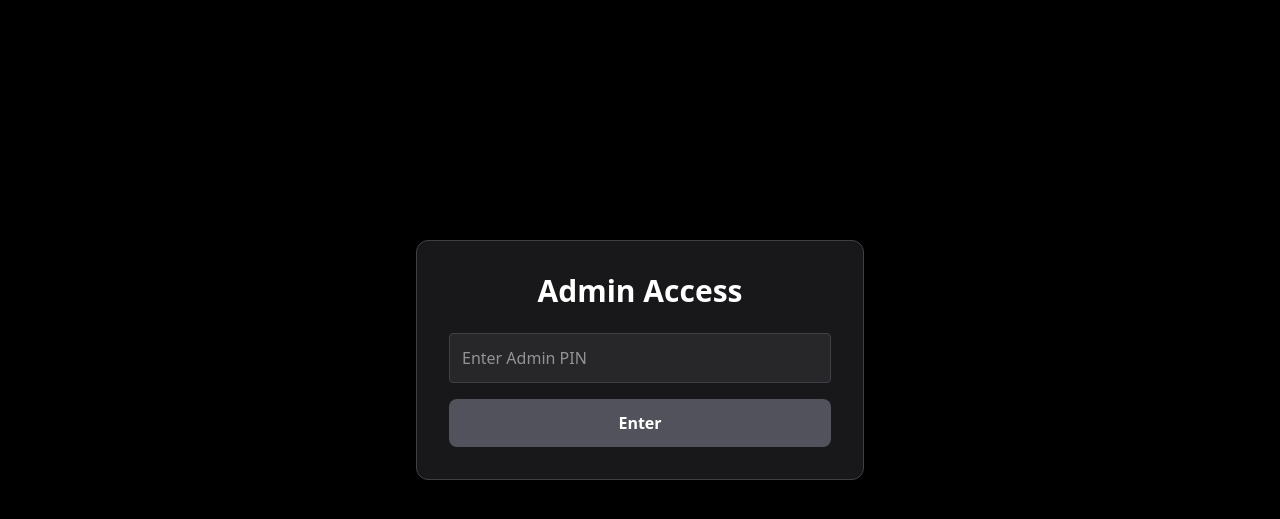
Repository: sanghaarman6-cmyk/edge
Page: /admin
These files come from the project's save history. The page is drawn as it stood at one moment and after the next save; the edit follows.
The browser window is 1280 px wide. The pictures show the whole page.
The project was rebuilt for these pictures with package versions that can differ from the ones it lists, and the page was loaded fresh each time. The framework's server and built-in components were replaced by stand-ins that run in the browser. Also part of the build but not shown: next.config.ts.

Above is the page before, as saved 2025-12-02 16:16:17.

### app/layout.tsx
import type { Metadata } from "next";
import { Geist, Geist_Mono } from "next/font/google";
import "./globals.css";

const geistSans = Geist({
  variable: "--font-geist-sans",
  subsets: ["latin"],
});

const geistMono = Geist_Mono({
  variable: "--font-geist-mono",
  subsets: ["latin"],
});

export const metadata: Metadata = {
  title: "Prop Accelerator",
  description: "Elite Prop Firm Training System",
};

export default function RootLayout({
  children,
}: Readonly<{
  children: React.ReactNode;
}>) {
  return (
    <html lang="en">
      <body
        className={`${geistSans.variable} ${geistMono.variable} antialiased`}
      >
        {children}
      </body>
    </html>
  );
}

### app/admin/page.tsx
'use client';

import { useState } from 'react';
import { useRouter } from 'next/navigation';

export default function AdminPinPage() {
  const router = useRouter();
  const [pin, setPin] = useState('');
  const [error, setError] = useState('');

  const ADMIN_PIN = process.env.NEXT_PUBLIC_ADMIN_PIN || '12345';

  const handleSubmit = (e: React.FormEvent) => {
    e.preventDefault();
    if (pin === ADMIN_PIN) {
      localStorage.setItem('adminAccess', 'true');
      router.push('/admin/panel');
    } else {
      setError('Incorrect PIN.');
    }
  };

  return (
    <div className="flex items-center justify-center min-h-screen bg-black text-white">
      <form
        onSubmit={handleSubmit}
        className="bg-zinc-900 p-8 rounded-xl w-full max-w-md space-y-4 border border-zinc-700"
      >
        <h1 className="text-3xl font-bold mb-6 text-center">Admin Access</h1>

        {error && <p className="text-red-400">{error}</p>}

        <input
          type="password"
          placeholder="Enter Admin PIN"
          className="w-full p-3 rounded bg-zinc-800 border border-zinc-700"
          value={pin}
          onChange={(e) => setPin(e.target.value)}
        />

        <button className="w-full bg-zinc-600 py-3 rounded-lg font-semibold hover:bg-zinc-700">
          Enter
        </button>
      </form>
    </div>
  );
}

### app/globals.css
@import "tailwindcss";

@layer base {
  body {
    @apply bg-black text-white;
  }
}
/* 🔧 Remove Plyr bottom gradient & make player controls fully transparent */
.plyr--video .plyr__controls {
  background: transparent !important;
  box-shadow: none !important;
}

/* Optional: make timeline & volume bars pure white or light gray */
.plyr--video .plyr__progress input[type=range],
.plyr--video .plyr__volume input[type=range] {
  color: #ffffff !important;
}
/* 🎨 Customize Plyr player color */
:root {
  --plyr-color-main: #ffffff; /* White */
}
/* Hide scrollbars everywhere but keep scrolling */
::-webkit-scrollbar {
  width: 0px;
  height: 0px;
}

* {
  scrollbar-width: none;       /* Firefox */
  -ms-overflow-style: none;    /* IE & Edge */
}

After the next save:
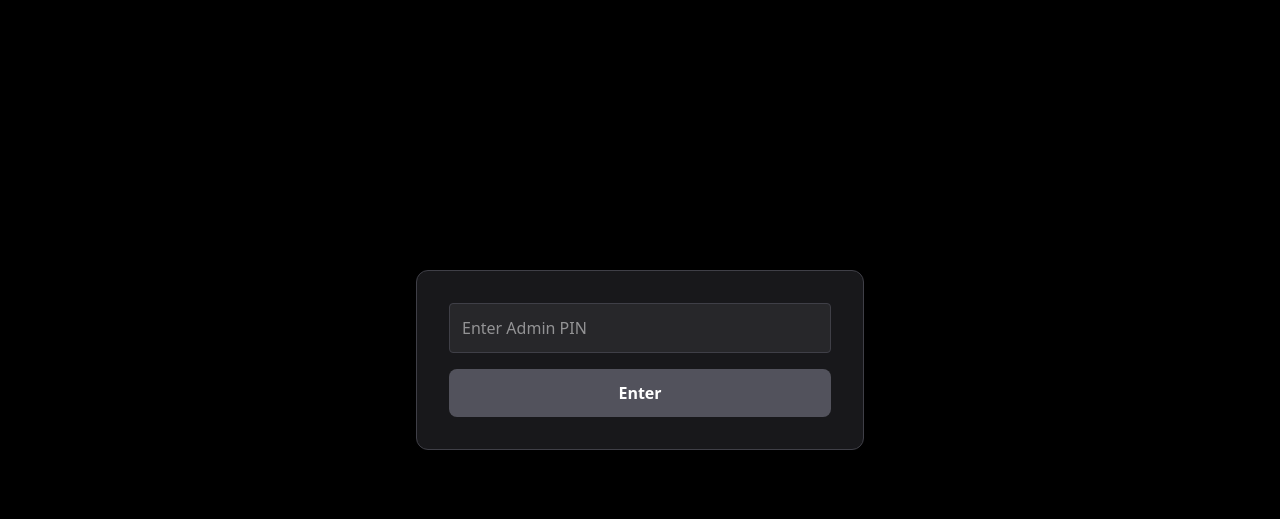
Saved 118 s later.
--- a/app/admin/page.tsx
+++ b/app/admin/page.tsx
@@ -26,7 +26,6 @@ export default function AdminPinPage() {
         onSubmit={handleSubmit}
         className="bg-zinc-900 p-8 rounded-xl w-full max-w-md space-y-4 border border-zinc-700"
       >
-        <h1 className="text-3xl font-bold mb-6 text-center">Admin Access</h1>
 
         {error && <p className="text-red-400">{error}</p>}
 
